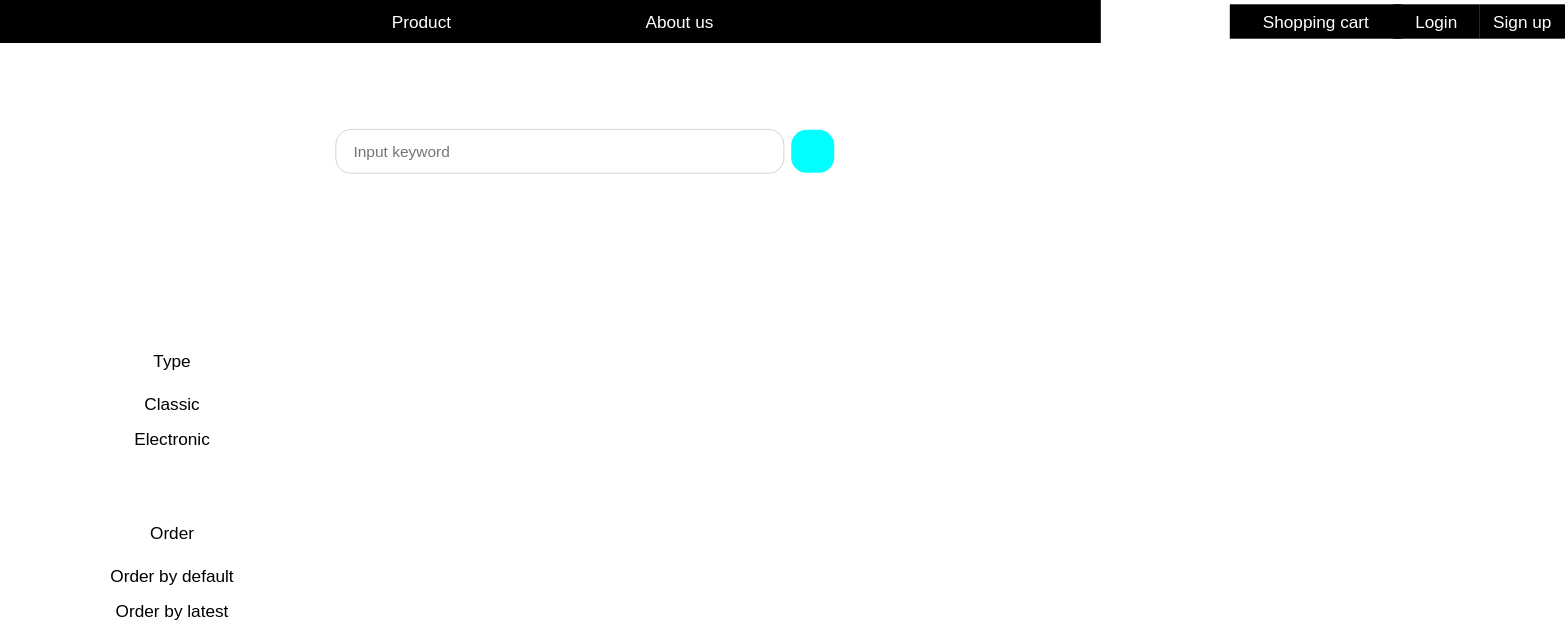
Repository: AXNTROYUANXD/E-Commerce-Website
Page: http://localhost/jspServlet/product.jsp
These files come from the project's save history. The page is drawn as it stood at one moment and after the next save; the edit follows.
The browser window is 1280 px wide. The page is 1820 px wide, so the pictures cover 1820 px, including what lies to the right of the window. The pictures show the whole page, at 86% of full size.
The page is served by Tomcat 9.

Above is the page before, as saved 2020-07-01 09:17:41.

After the next save:
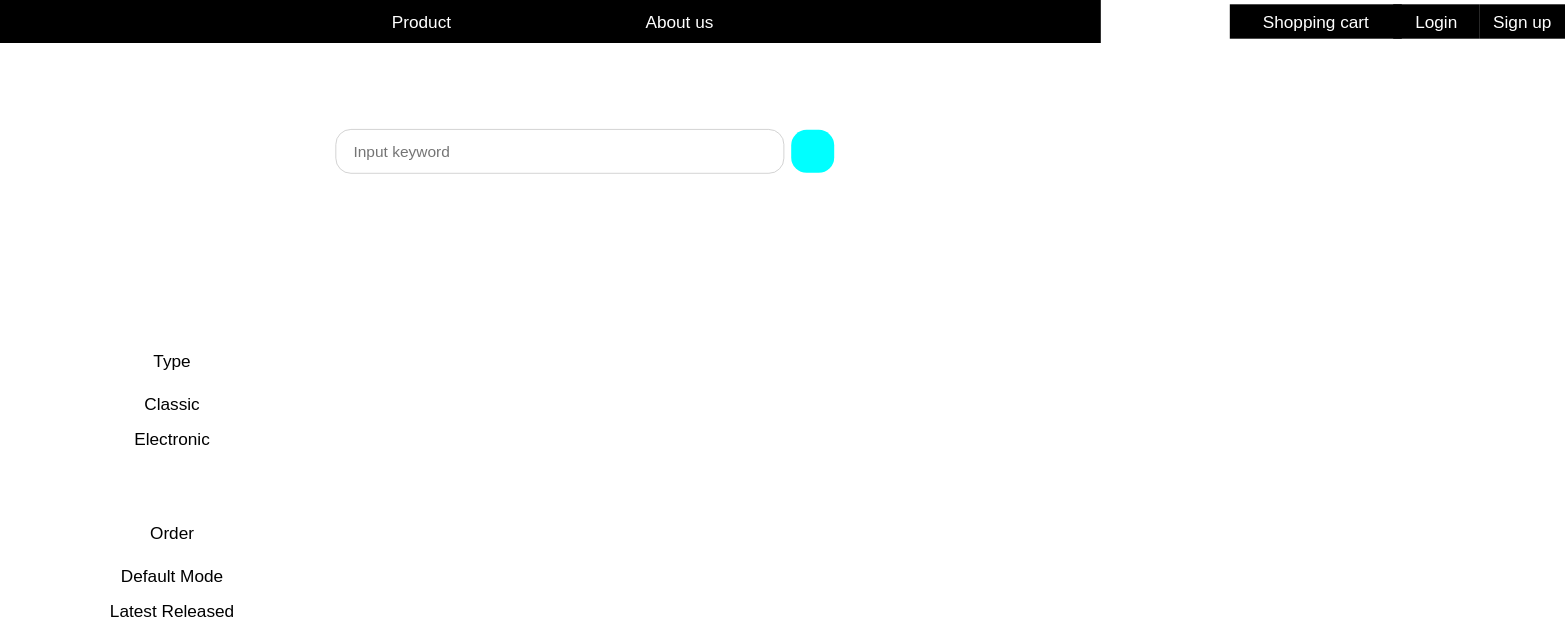
Saved 2 min 11 s later.
--- a/D&B2 BACKEND Oct 21 FINAL/BACKEND/jspServlet/WebRoot/product.jsp
+++ b/D&B2 BACKEND Oct 21 FINAL/BACKEND/jspServlet/WebRoot/product.jsp
@@ -197,12 +197,12 @@
 
 	<form>
 	<button class="button20">Order</button>
-	<button name="order" type="submit" class="Latest" value="Latest&nbsp;Released">Order by latest</button>
-	<button name="order" type="submit" class="Default" value="Default&nbsp;Mode">Order by default</button>
+	<button name="sortMode" type="submit" class="Latest" value="Latest Released">Latest Released</button>
+	<button name="sortMode" type="submit" class="Default" value="Default Mode">Default Mode</button>
 
 	<button class="button23">Type</button>
-	<button name="type" type="submit" class="button24" value="Classic">Classic</button>
-	<button name="type" type="submit" class="button25" value="Electronic">Electronic</button>
+	<button name="fliter" type="submit" class="button24" value="Classic">Classic</button>
+	<button name="fliter" type="submit" class="button25" value="Electronic">Electronic</button>
 
 	</form>
 
